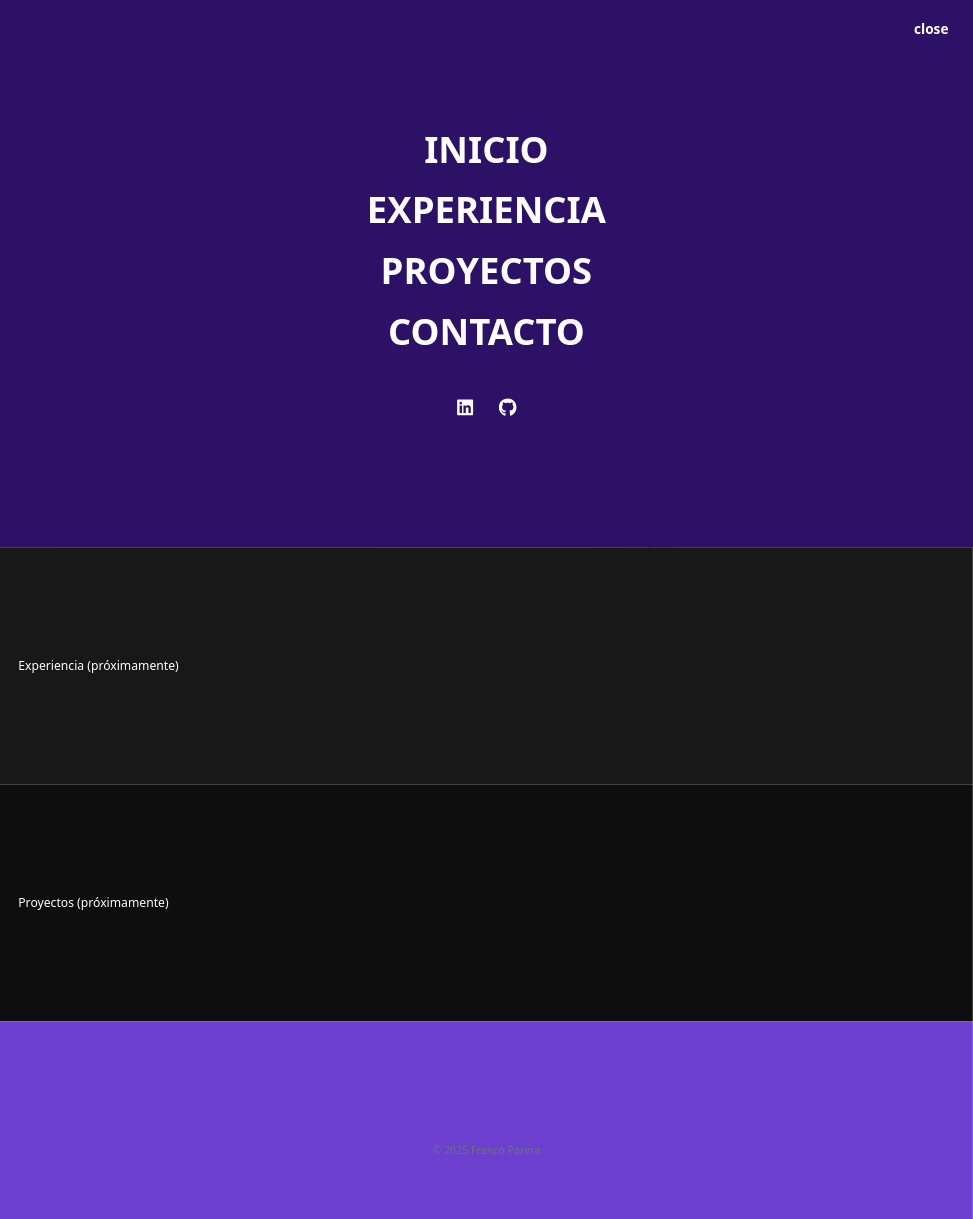
Repository: francoluca35/portfolio-franco-dev
Page: /, after clicking the first element matching `button.space-y-2`
The author's editor kept a copy of each file at every save. The page is drawn from the files as they stood at one save, then again after the next save.
The browser window is 1280 px wide. The pictures show the whole page, at 76% of full size.
The project was rebuilt for these pictures with package versions that can differ from the ones it lists, and the page was loaded fresh each time. The framework's server and built-in components were replaced by stand-ins that run in the browser. Also part of the build but not shown: next.config.js.

Above is the page before, as saved 2025-05-06 01:47:50.

After the next save:
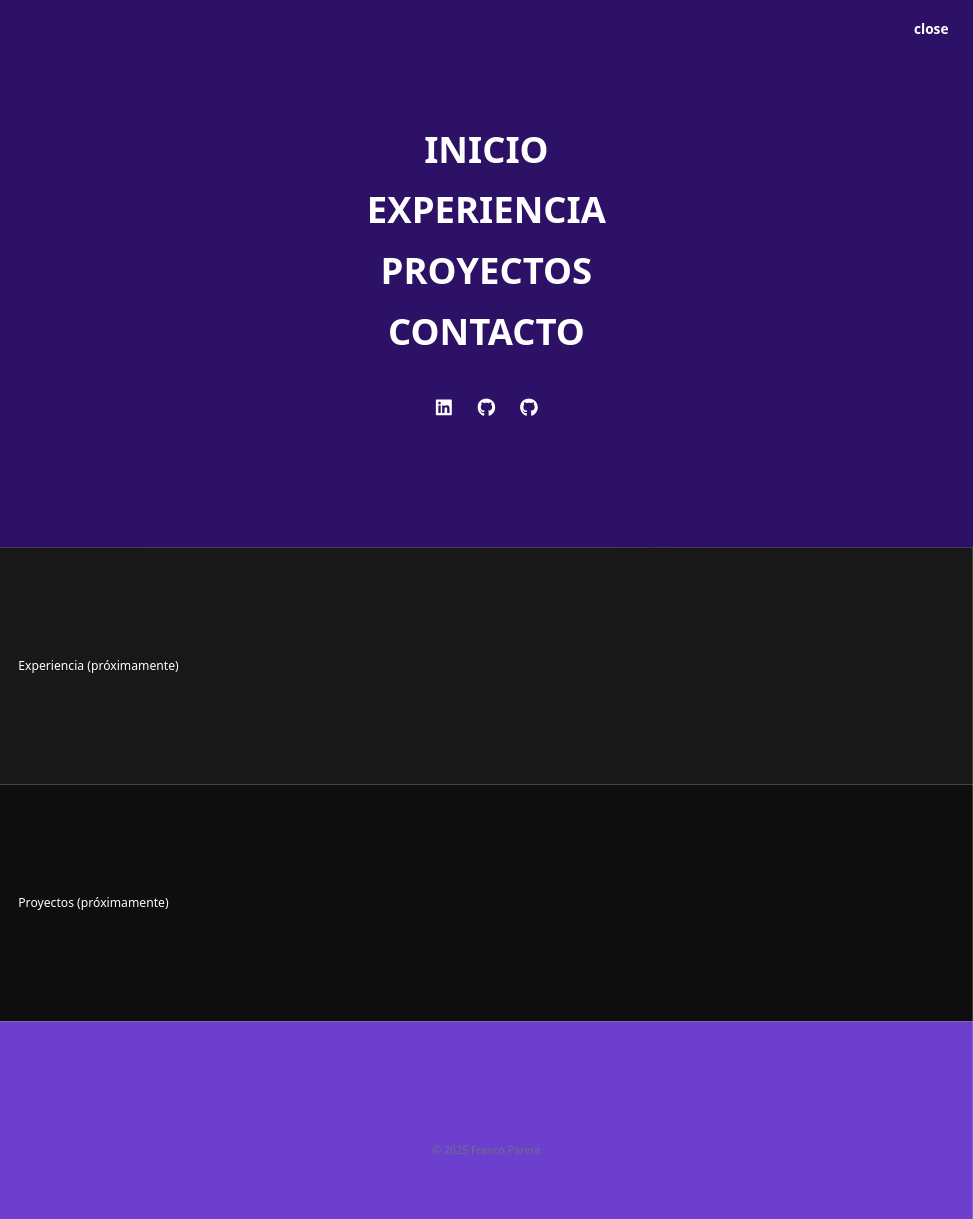
Saved 18 s later.
--- a/components/Nav.jsx
+++ b/components/Nav.jsx
@@ -89,6 +89,14 @@ export default function Nav() {
               >
                 <FaGithub />
               </a>
+              <a
+                href="https://twitter.com"
+                target="_blank"
+                rel="noopener noreferrer"
+                className="hover:text-[#010101] transition-colors duration-300"
+              >
+                <FaGithub />
+              </a>
             </div>
           </motion.div>
         )}
